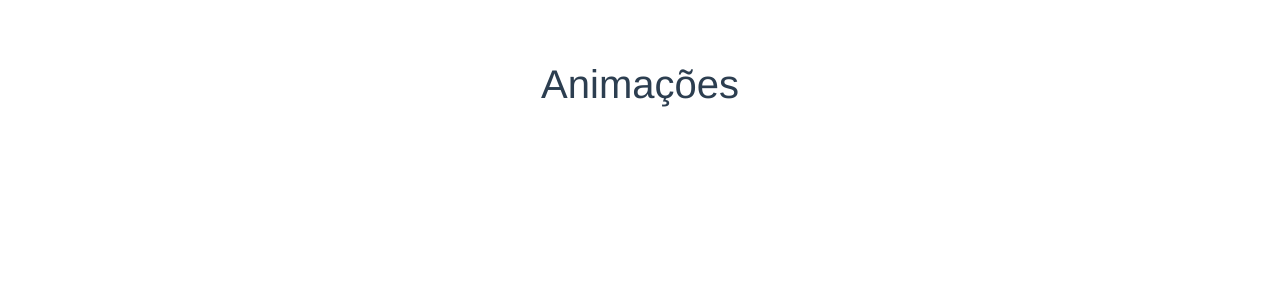
Repository: LucianoBitt/Curso_VueJS
Page: / (app in 12_animacoes/animacoes-exercicios/)
An editor plug-in stored every save of this project. The page is shown before and after the next save, followed by the edit.
The browser window is 1280 px wide. The pictures show the whole page.
The project was rebuilt for these pictures with package versions that can differ from the ones it lists, and the page was loaded fresh each time.

Above is the page before, as saved 2023-12-22 10:05:08.

After the next save:
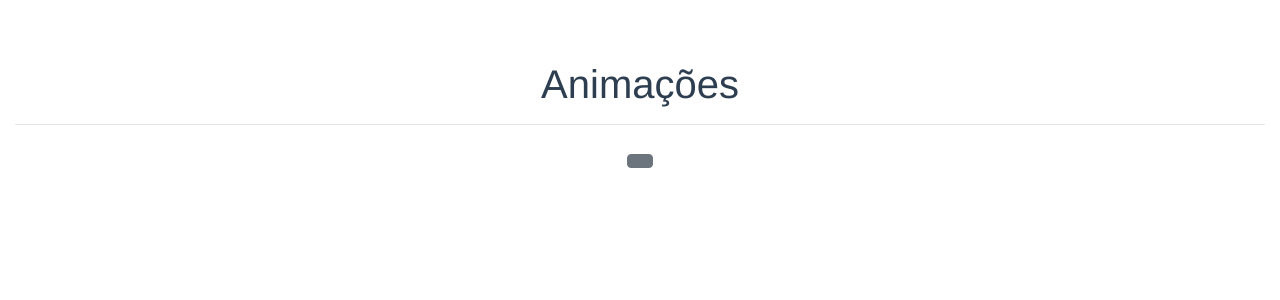
Saved 83 s later.
--- a/12_animacoes/animacoes-exercicios/src/App.vue
+++ b/12_animacoes/animacoes-exercicios/src/App.vue
@@ -1,6 +1,8 @@
 <template>
 	<div id="app" class="container-fluid">
 		<h1>Animações</h1>
+		<hr>
+		<b-button></b-button>
 	</div>
 </template>
 
